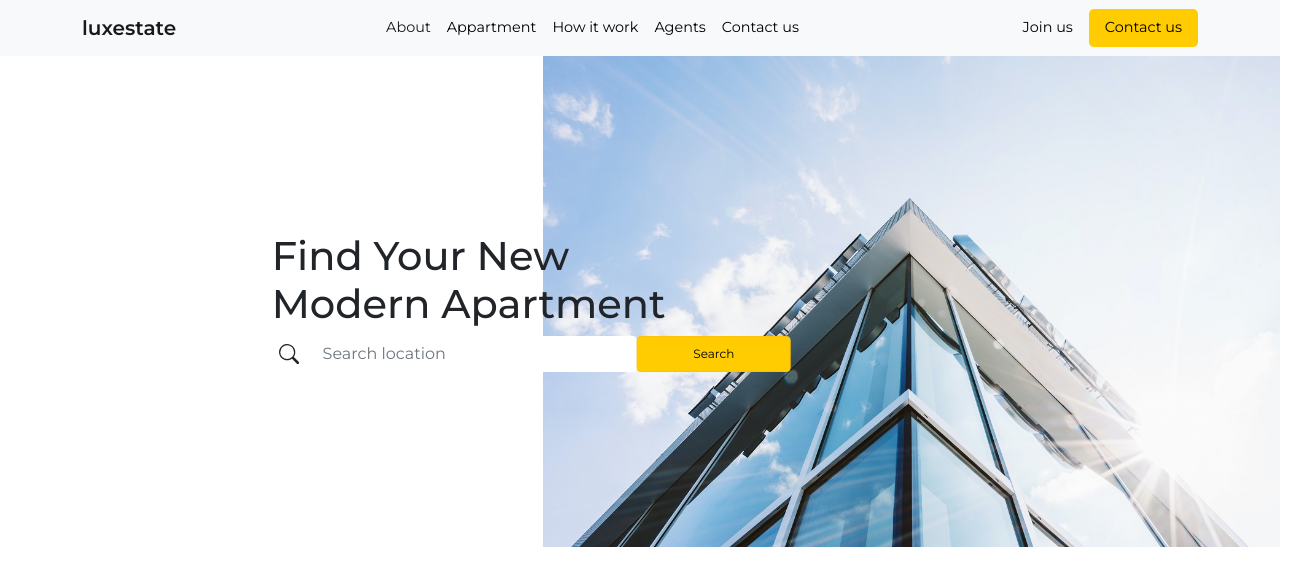
Repository: Toqa-25/luxstate
Page: index.html
The author's editor kept a copy of each file at every save. The page is drawn from the files as they stood at one save, then again after a run of saves.
The browser window is 1280 px wide. The page is 1292 px wide, so the pictures cover 1292 px, including what lies to the right of the window. The pictures show the whole page.

Above is the page before, as saved 2021-06-07 23:06:48.

After the next 2 saves:
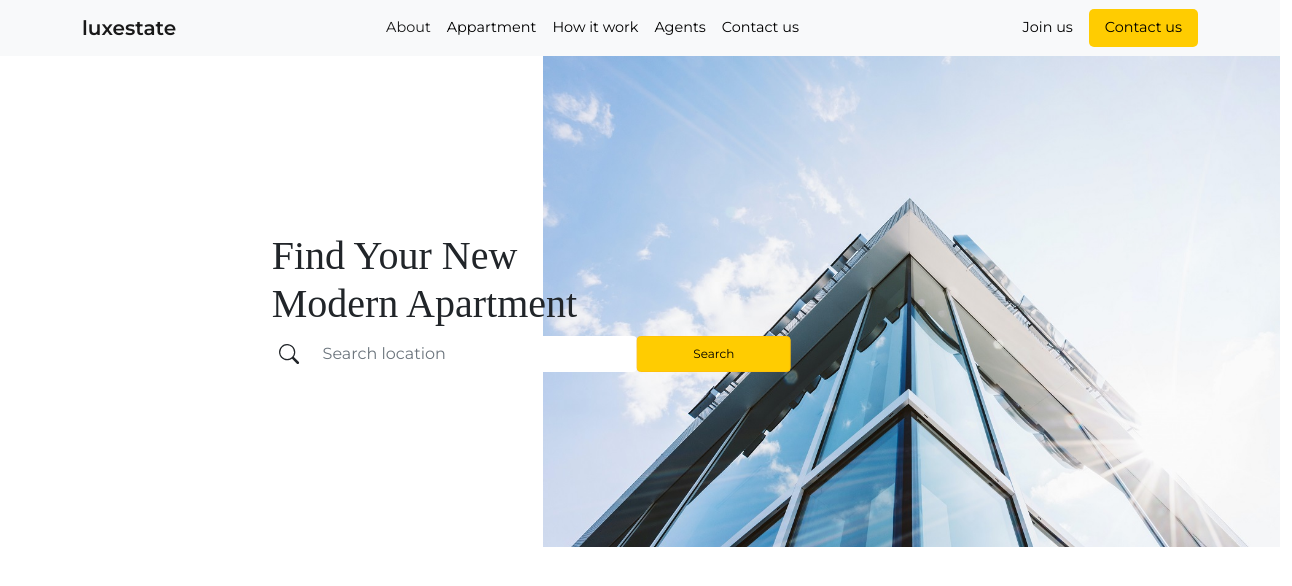
The 2 saves are shown as one change because they came seconds apart.
The last was saved 8 s later.
--- a/css/style.css
+++ b/css/style.css
@@ -43,7 +43,7 @@ body{
     transform: translate(50%);
 }
 .header-text h1{
-    font-family:     font-family: mate sc;;
+    font-family: mate sc;
 }
 header .row{
     position: relative;
